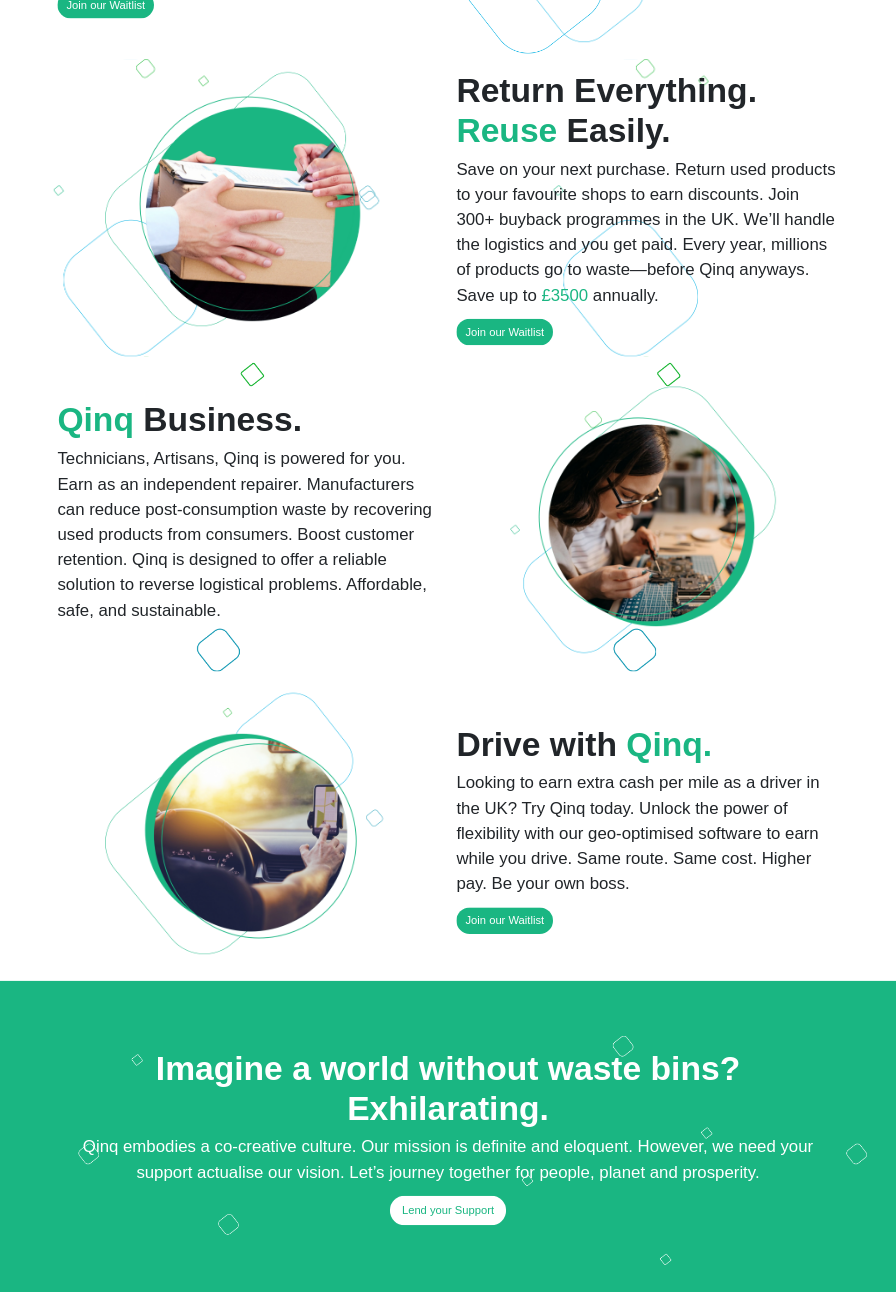
Repository: HelloQinq2023/qinq.github.io
Page: index.html
The author's editor kept a copy of each file at every save. The page is drawn from the files as they stood at one save, then again after the next save.
The browser window is 1280 px wide. The pictures show the part of the page from y = 1776 to 3696 px (the page is 3622 px tall before and 3696 px after), at 70% of full size.
Backgrounds fixed to the window are drawn as part of the page. Some web fonts or font styles are not loaded; a fallback is used.

Above is the page before, as saved 2023-02-23 12:00:13.

### index.html
<!doctype html>
<html lang="en">
  <head>
    <meta charset="utf-8">
    <meta name="viewport" content="width=device-width, initial-scale=1">
    <title>Qinq</title>
    <link href="https://cdn.jsdelivr.net/npm/bootstrap@5.3.0-alpha1/dist/css/bootstrap.min.css" rel="stylesheet" integrity="sha384-GLhlTQ8iRABdZLl6O3oVMWSktQOp6b7In1Zl3/Jr59b6EGGoI1aFkw7cmDA6j6gD" crossorigin="anonymous">
    <link rel="stylesheet" type="text/css" href="css/style.css" />
    <link rel="icon" href="images/fav/favicon.ico" sizes="16x16" />

  </head>
  <body>
    <nav class="navbar navbar-expand-lg bg-body-tertiary" style="z-index:2">
        <div class="container">
          <a class="navbar-brand" href="#"><img src="images/logo.png" class="w-50"></a>
          <button class="navbar-toggler" type="button" data-bs-toggle="collapse" data-bs-target="#navbarNav" aria-controls="navbarNav" aria-expanded="false" aria-label="Toggle navigation">
            <span class="navbar-toggler-icon"></span>
          </button>
          <div class="collapse navbar-collapse" id="navbarNav">
            <ul class="navbar-nav ms-auto">
              <li class="nav-item">
                <a class="nav-link active" aria-current="page" href="#">Home</a>
              </li>
              <li class="nav-item">
                <a class="nav-link" href="#">About</a>
              </li>
              <li class="nav-item">
                <a class="nav-link" href="#">Features</a>
              </li>
            </ul>
          </div>
        </div>
      </nav>

      <section id="hero" style="background:url('images/herobg.png'), rgba(26,182,130, 0.16);  background-size:contain; background-repeat: no-repeat;  background-attachment: fixed; background-position: center;" class="py-5">
        <div class="container py-5">
            <div class="row">
                <div class="col-md-6">
                    <h1 class="display-3" style="font-weight:600">
                        <span class="green">Repair</span> Anything. <br>
                        <span class="green">Reuse</span> Everything.<br>
                        <span class="green">Dispose</span> Nothing.
                    </h1>
                    <p class="mt-4 h5" >Use products longer and better.
                        Fashion, Electronics, Furnitures—Shop eco-friendly products. Locate reliable independent technicians near you. Get rid of your waste bins.</p>

                        <button class="btn mt-4 rounded-pill greenbg text-white btn-lg btn-outline-0" type="button" data-bs-toggle="modal" data-bs-target="#exampleModal">Join Waitlist</button>

                </div>
                <div class="col-md-6 d-flex justify-content-center align-items-center ">
                    <img src="images/wm2.png" style="position:absolute; top:10; right:0; width:600px; float:right" class="d-none d-md-block">
                </div>
            </div>
        </div>
      </section>

      <section id="about"  class="pt-5 mt-2">
        <div class="container py-5 mt-5" style="background:url('images/about1section.png'); background-size:contain">
            <div class="row">
                <div class="col-md-6 d-flex justify-content-center align-items-center">
                    <img src="images/about1.png" class="w-75 img-fluid img-responsive img">
                </div>
                <div class="col-md-6 d-flex justify-content-center align-items-center">
                    <div>
                        <h2 class="display-5" style="font-weight:600">About<span class="green"> Qinq</span></h2>
                        <p>Qinq extends your favourite products’ lifespans with the magic of now.
                            Originating from “kink” meaning “a sharp curve in something that is otherwise straight”. Similarly, Qinq closes the product use loops—repair and reuse easily. Endless possibilities to earn, save and share.</p>
                    </div>
                </div>
            </div>
        </div>


        <div class="container py-3 mt-2" style="background:url('images/about2section.png'); background-size:contain">
            <div class="row">
                <div class="col-md-6 d-flex justify-content-center align-items-center">
                    <div>
                        <h2 class="display-5" style="font-weight:600">Don’t Bin It. <span class="green">Qinq</span> it.</h2>
                        <p>Furnitures, Electronics, Fashion.
                            Many abandoned products are easily fixable. Qinq ensures they last longer— for both the environment and your wallet.
                            Repair with your favourite brands and 1000+ verified affordable independent technicians at your fingertips.
                            <br>
                            Request a pick up at the incredible speed of now.</p>
                            <button class="btn greenbg text-white rounded-pill"> Join our Waitlist</button>
                    </div>
                </div>
                <div class="col-md-6 d-flex justify-content-center align-items-center">
                    <img src="images/about2.png" class="w-75 img-fluid img-responsive img">
                </div>
            </div>

        </div>
      </section>

      <section id="features">
        <div class="container py-3 mt-2" style="background:url('images/about2section.png'); background-size:contain; background-position:50% 50%">
            <div class="row">
                <div class="col-md-6 d-flex justify-content-center align-items-center">
                    <img src="images/features.png" class="w-75 img-fluid img-responsive img">
                </div>
                <div class="col-md-6 d-flex justify-content-center align-items-center">
                    <div>
                        <h2 class="display-5" style="font-weight:600">Return Everything.<span class="green"> Reuse</span> Easily.</h2>
                        <p>Save on your next purchase. Return used products to your favourite shops to earn discounts. Join 300+ buyback programmes in the UK. We’ll handle the logistics and you get paid.
                            Every year, millions of products go to waste—before Qinq anyways. Save up to <span class="green">£3500</span> annually.</p>

                            <button class="btn greenbg text-white rounded-pill"> Join our Waitlist</button>
                    </div>
                </div>
            </div>
        </div>

        <div class="container py-3 mt-2" style="background:url('images/features2bg.png'); background-size:contain; background-position:center 10%">
            <div class="row">
                <div class="col-md-6 d-flex justify-content-center align-items-center">
                    <div>
                        <h2 class="display-5" style="font-weight:600"><span class="green">Qinq</span> Business.</h2>
                        <p>Technicians, Artisans, Qinq is powered for you. Earn as an independent repairer.
                            Manufacturers can reduce post-consumption waste by recovering used products from consumers. Boost customer retention. Qinq is designed to offer a reliable solution to reverse logistical problems. Affordable, safe, and sustainable.</p>
                    </div>
                </div>
                <div class="col-md-6 d-flex justify-content-center align-items-center">
                    <img src="images/features1.png" class="w-75 img-fluid img-responsive img">
                </div>
            </div>

        </div>


        <div class="container py-3 mt-2">
            <div class="row">
                <div class="col-md-6 d-flex justify-content-center align-items-center">
                    <img src="images/features2.png" class="w-75 img-fluid img-responsive img">
                </div>
                <div class="col-md-6 d-flex justify-content-center align-items-center">
                    <div>
                        <h2 class="display-5" style="font-weight:600">Drive with<span class="green"> Qinq.</span></h2>
                        <p>Looking to earn extra cash per mile as a driver in the UK? Try Qinq today.
                            Unlock the power of flexibility with our geo-optimised software to earn while you drive.
                            Same route. Same cost. Higher pay. Be your own boss.</p>

                            <button class="btn greenbg text-white rounded-pill"> Join our Waitlist</button>
                    </div>
                </div>
            </div>
        </div>
      </section>

      <section id="imagine" class="py-5" style="background-image:url('images/footerbg.png'); background-size:contain">
        <div class="container text-center py-5 text-white">
            <h2 class="display-5" style="font-weight:600">Imagine a world without waste bins? Exhilarating.</h2>
            <p>Qinq embodies a co-creative culture.
                Our mission is definite and eloquent. However, we need your support actualise our vision. Let’s journey together for people, planet and prosperity.</p>
                <button class="btn bg-white green rounded-pill py-2 px-3">Lend your Support</button>
        </div>
      </section>

      <!----MODAL-->
      <div class="modal fade" id="exampleModal" tabindex="-1" role="dialog" aria-labelledby="exampleModalLabel" aria-hidden="true">
        <div class="modal-dialog" role="document">
          <div class="modal-content">
            <div class="modal-header">
              <h5 class="modal-title" id="exampleModalLabel">Form</h5>
              <button type="button" class="close" data-dismiss="modal" aria-label="Close">
                <span aria-hidden="true">&times;</span>
              </button>
            </div>
            <form>
            <div class="modal-body">
                    <div class="form-group">
                      <label for="exampleInputEmail1">Name</label>
                      <input type="text" class="form-control" id="exampleInputEmail1" aria-describedby="emailHelp" placeholder="Enter Name">
                      <small id="emailHelp" class="form-text text-muted">We'll like to know you on a more friendly basis</small>
                    </div>

                    <div class="form-group">
                      <label for="exampleInputEmail1">Email address</label>
                      <input type="email" class="form-control" id="exampleInputEmail1" aria-describedby="emailHelp" placeholder="Enter email">
                      <small id="emailHelp" class="form-text text-muted">We'll never share your email with anyone else.</small>
                    </div>

                    <label></label>
                    <select class="form-select" aria-label="Default select example">
                        <option selected>Use Longer</option>
                        <option value="1">Repairer</option>
                        <option value="2">Business</option>
                        <option value="3">Drive</option>
                      </select>
            </div>
            <div class="modal-footer">
              <button type="button" class="btn btn-secondary" data-dismiss="modal">Close</button>
              <button type="button" class="btn btn-primary">Submit</button>
            </div>
        </form>
          </div>
        </div>
      </div>
    </body>
    <script src="https://code.jquery.com/jquery-3.6.3.js" integrity="sha256-nQLuAZGRRcILA+6dMBOvcRh5Pe310sBpanc6+QBmyVM=" crossorigin="anonymous"></script>
    <script src="https://cdn.jsdelivr.net/npm/@popperjs/core@2.11.6/dist/umd/popper.min.js" integrity="sha384-oBqDVmMz9ATKxIep9tiCxS/Z9fNfEXiDAYTujMAeBAsjFuCZSmKbSSUnQlmh/jp3" crossorigin="anonymous"></script>
<script src="https://cdn.jsdelivr.net/npm/bootstrap@5.3.0-alpha1/dist/js/bootstrap.min.js" integrity="sha384-mQ93GR66B00ZXjt0YO5KlohRA5SY2XofN4zfuZxLkoj1gXtW8ANNCe9d5Y3eG5eD" crossorigin="anonymous"></script></html>

### css/style.css
@import url('https://fonts.cdnfonts.com/css/mont');

body{
	font-family: 'Mont', sans-serif;
}

p{
	font-weight:normal;
	font-size:24px;
	line-height:36px
}
.green{
    color:#1ab682
}

.greenbg{
    background-color: #1ab682;
}

.bounce{
    animation: bounce 5s infinite;
	-webkit-animation: bounce 5s infinite;
	-moz-animation: bounce 2s infinite;
	-o-animation: bounce 2s infinite;
}

@-webkit-keyframes bounce {
	0%, 20%, 50%, 80%, 100% {-webkit-transform: translateY(0);}
	40% {-webkit-transform: translateY(-30px);}
}

@-moz-keyframes bounce {
	0%, 20%, 50%, 80%, 100% {-moz-transform: translateY(0);}
}

@-o-keyframes bounce {
	0%, 20%, 50%, 80%, 100% {-o-transform: translateY(0);}
}
@keyframes bounce {
	0%, 20%, 50%, 80%, 100% {transform: translateY(0);}
	40% {-webkit-transform: translateY(-30px);}
}

After the next save:
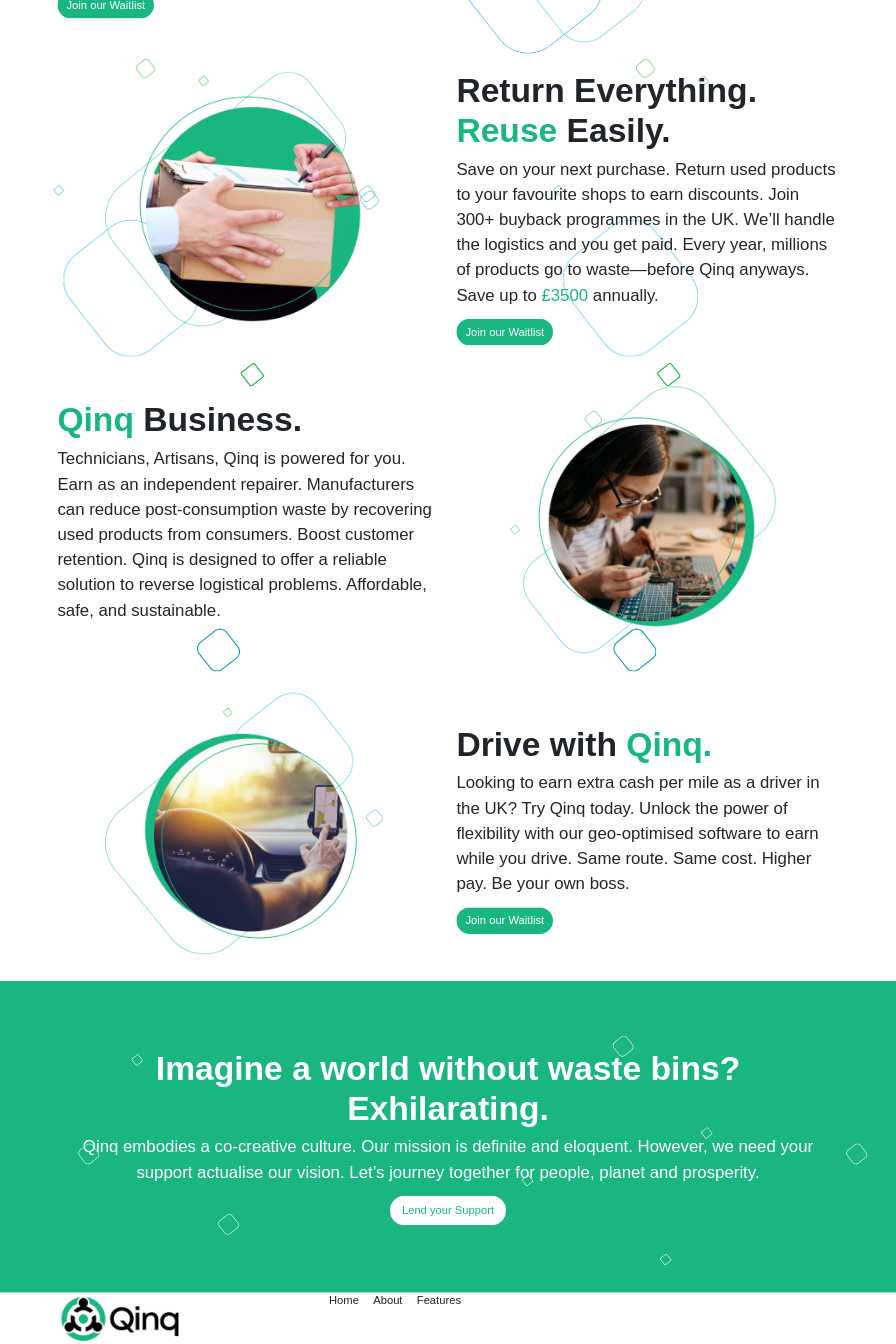
Saved 26 min 17 s later.
--- a/index.html
+++ b/index.html
@@ -155,6 +155,27 @@
         </div>
       </section>
 
+      <section id="footer">
+       <div class="container">
+        <div class="row">
+          <div class="col-md-4">
+            <a class="navbar-brand" href="#"><img src="images/logo.png" class="w-50"></a>
+          </div>
+
+          <div class="col-md-4">
+            <div class="">
+              <div class="d-inline p-2 ">Home</div>
+              <div class="d-inline p-2 ">About</div>
+              <div class="d-inline p-2 ">Features</div>
+            </div>
+          </div>
+
+          <div class="col-md-4">
+
+          </div>
+        </div>
+       </div>
+      </section>
       <!----MODAL-->
       <div class="modal fade" id="exampleModal" tabindex="-1" role="dialog" aria-labelledby="exampleModalLabel" aria-hidden="true">
         <div class="modal-dialog" role="document">
